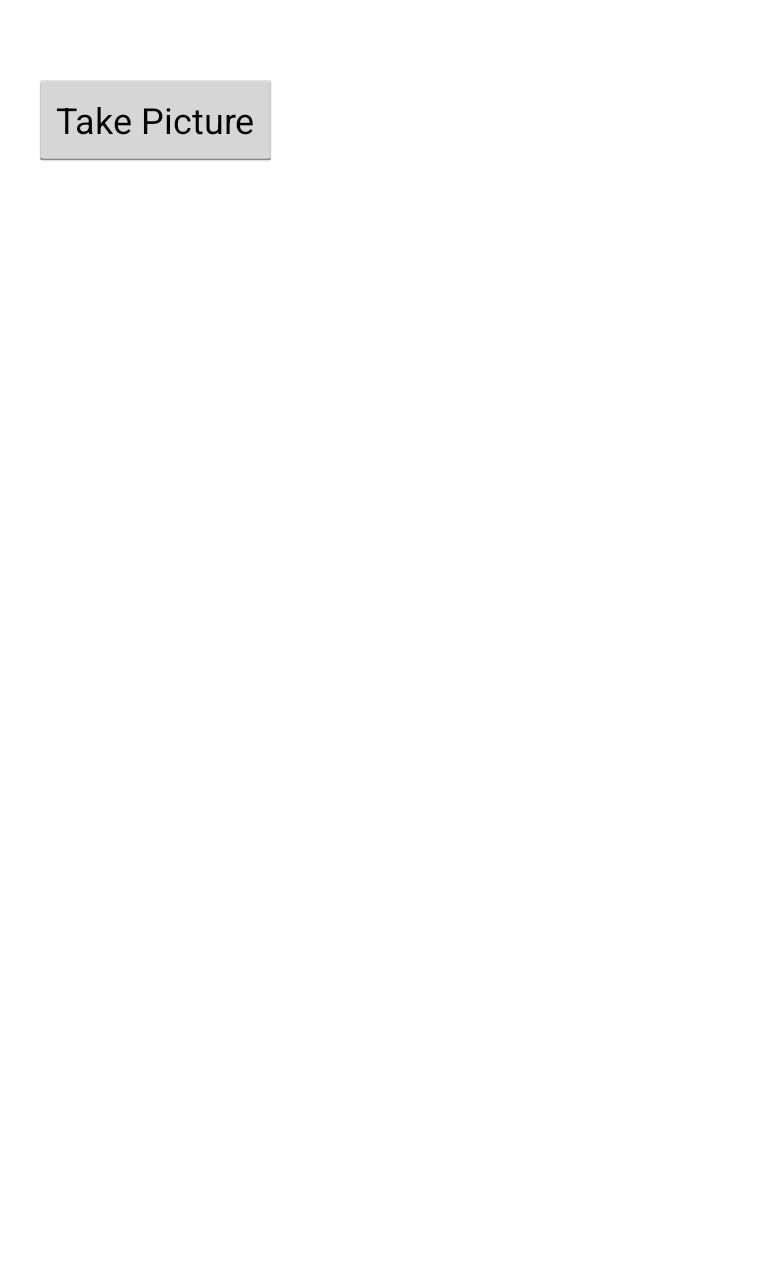
Repository: jellydiamonds/Proto
Layout: Android/Camera/res/layout/activity_main.xml
These files come from the project's save history. The layout is drawn as it stood at one moment and after a run of saves; the edit follows.
It is drawn on a 768 x 1280 px phone screen (xhdpi) without system bars, with theme AppTheme; the app's code is not run.

Above is the layout before, as saved 2014-03-20 14:14:51.

### Android/Camera/res/layout/activity_main.xml
<RelativeLayout xmlns:android="http://schemas.android.com/apk/res/android"
    xmlns:tools="http://schemas.android.com/tools"
    android:layout_width="match_parent"
    android:layout_height="match_parent"
    android:paddingBottom="@dimen/activity_vertical_margin"
    android:paddingLeft="@dimen/activity_horizontal_margin"
    android:paddingRight="@dimen/activity_horizontal_margin"
    android:paddingTop="@dimen/activity_vertical_margin"
    tools:context=".MainActivity" >





    <LinearLayout
        android:layout_width="match_parent"
        android:layout_height="match_parent" >



    		<Button
        			android:id="@+id/button1"
        			android:layout_width="wrap_content"
        			android:layout_height="wrap_content"
        			android:layout_marginTop="20dp"
        			android:text="Take Picture" />

    		<ImageView
        			android:id="@+id/imageView1"
        			android:layout_width="wrap_content"
        			android:layout_height="wrap_content"
        			android:layout_marginTop="95dp"
        			android:contentDescription="Image taken" />

    </LinearLayout>

</RelativeLayout>

Loaded but not shown: Android/Camera/res/values/styles.xml (common file); Android/Camera/res/values-v11/styles.xml (common file); Android/Camera/res/values-v14/styles.xml (common file); Android/Camera/res/values/dimens.xml (common file)

After the next 2 saves:
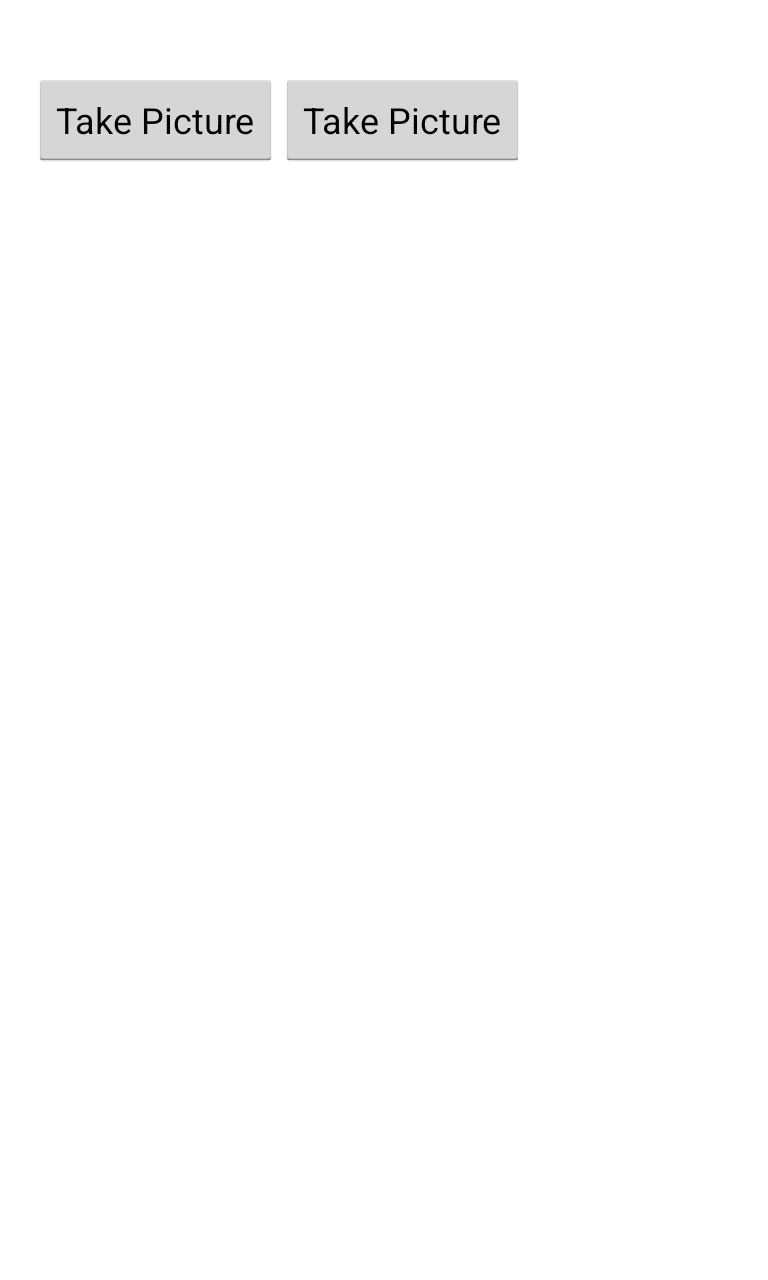
The 2 saves are shown as one change because 1 did not build or start.
The last was saved 37 min 28 s later.
--- a/Android/Camera/res/layout/activity_main.xml
+++ b/Android/Camera/res/layout/activity_main.xml
@@ -8,30 +8,31 @@
     android:paddingTop="@dimen/activity_vertical_margin"
     tools:context=".MainActivity" >
 
-
-
-
-
     <LinearLayout
         android:layout_width="match_parent"
-        android:layout_height="match_parent" >
+        android:layout_height="match_parent"
+        android:orientation="horizontal" >
 
+        <Button
+            android:id="@+id/button1"
+            android:layout_width="wrap_content"
+            android:layout_height="wrap_content"
+            android:layout_marginTop="20dp"
+            android:text="Take Picture" />
 
+        <Button
+            android:id="@+id/button2"
+            android:layout_width="wrap_content"
+            android:layout_height="wrap_content"
+            android:layout_marginTop="20dp"
+            android:text="Take Picture"/>
 
-    		<Button
-        			android:id="@+id/button1"
-        			android:layout_width="wrap_content"
-        			android:layout_height="wrap_content"
-        			android:layout_marginTop="20dp"
-        			android:text="Take Picture" />
-
-    		<ImageView
-        			android:id="@+id/imageView1"
-        			android:layout_width="wrap_content"
-        			android:layout_height="wrap_content"
-        			android:layout_marginTop="95dp"
-        			android:contentDescription="Image taken" />
-
+        <ImageView
+            android:id="@+id/imageView1"
+            android:layout_width="wrap_content"
+            android:layout_height="wrap_content"
+            android:layout_marginTop="95dp"
+            android:contentDescription="Image taken" />
     </LinearLayout>
 
 </RelativeLayout>
